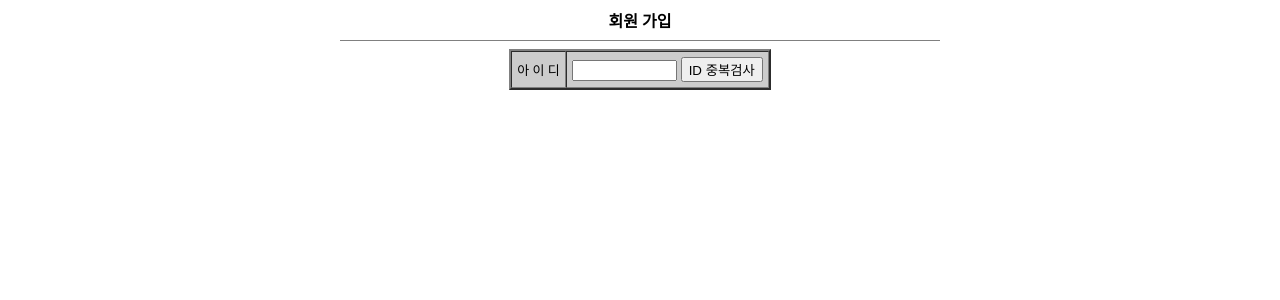
Repository: kalmia26/Capstone
Page: http://localhost/LectureSystem/member_input.jsp
The author's editor kept a copy of each file at every save. The page is drawn from the files as they stood at one save, then again after the next save.
The browser window is 1280 px wide. The pictures show the whole page.
The page is served by Tomcat 9.

Above is the page before, as saved 2017-05-24 06:04:09.

After the next save:
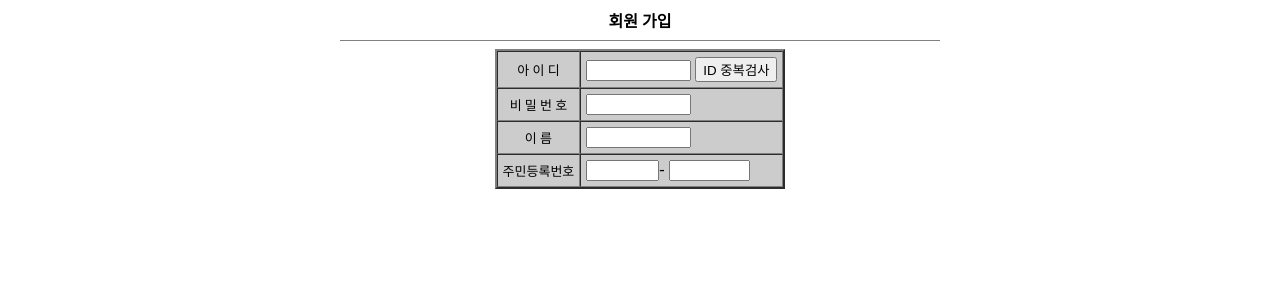
Saved 2 min 53 s later.
--- a/LectureSystem/WebContent/member_input.jsp
+++ b/LectureSystem/WebContent/member_input.jsp
@@ -126,6 +126,31 @@ function check_id() {
 				<input type="button" onclick="Check_id()" value="ID 중복검사">
 			</td>
 		</tr>
+		<tr>
+			<td bgcolor='cccccc' align='center'>
+				<font size='2'>비 밀 번 호</font>
+			</td>
+			<td bgcolor='cccccc'>
+				<input type="password" maxlength="10" size="10" name="pass">
+			</td>
+		</tr>
+		<tr>
+			<td bgcolor='cccccc' align='center'>
+				<font size='2'>이 름</font>
+			</td>
+			<td bgcolor='cccccc'>
+				<input type="text" maxlength="10" size="10" name="name">
+			</td>
+		</tr>
+		<tr>
+			<td bgcolor='cccccc' align='center'>
+				<font size='2'>주민등록번호</font>
+			</td>
+			<td bgcolor='cccccc'>
+				<input type="text" size="6" maxlength="6" name="juminnum1" onkeypress="check_focus();" >-
+				<input type="text" size="7" maxlength="7" name="juminnum2">
+			</td>
+		</tr>
 
 		</table>
 	</form>
